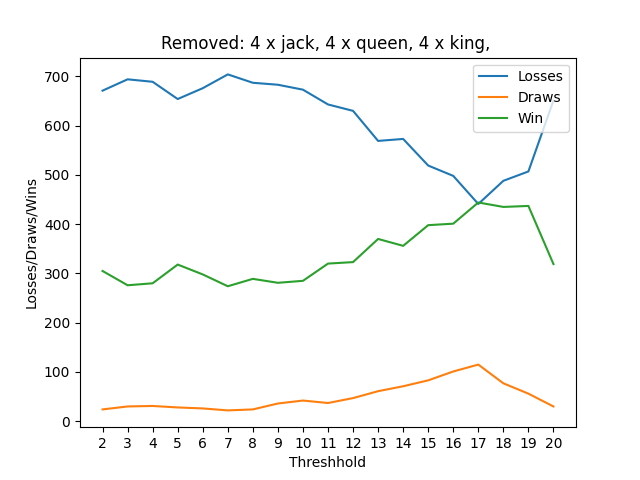
Repository: hosua/blackjack-cs241
Script's output: python main.py
These files come from the project's save history. The script's output is drawn as it stood at one moment and after the next save; the edit follows.
Random numbers start from a fixed seed.

Above is the script's output before, as saved 2022-12-12 16:31:06.

After the next save:
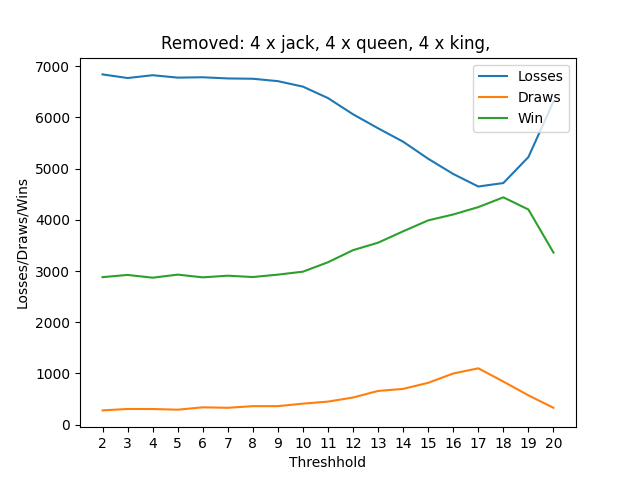
Saved 20 s later.
--- a/main.py
+++ b/main.py
@@ -13,7 +13,7 @@ import numpy as np
 
 if __name__ == "__main__":
     # number of trials
-    trials = 1000
+    trials = 10000
 
 
     """ run without modified deck """
